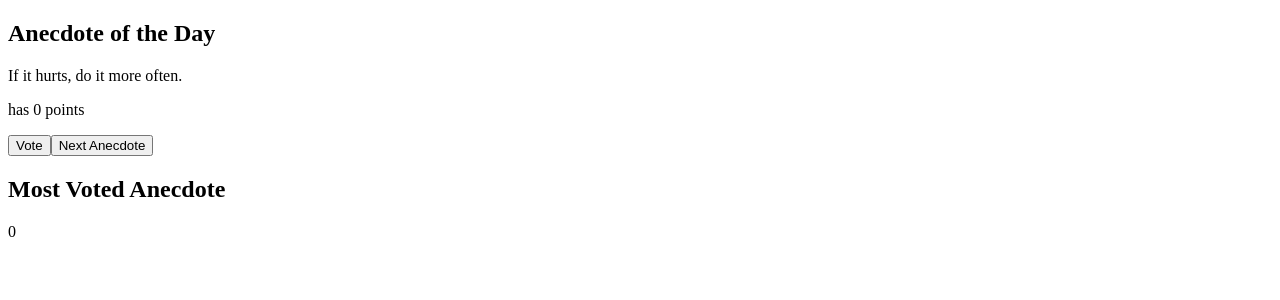
Repository: Wainhouse/Full_Stack_Open_2022
Page: / (app in part2/course_info/)
An editor plug-in stored every save of this project. The page is shown before and after the next save, followed by the edit.
The browser window is 1280 px wide. The pictures show the whole page.
The project was rebuilt for these pictures with package versions that can differ from the ones it lists, and the page was loaded fresh each time.

Above is the page before, as saved 2022-11-24 17:28:23.

After the next save:
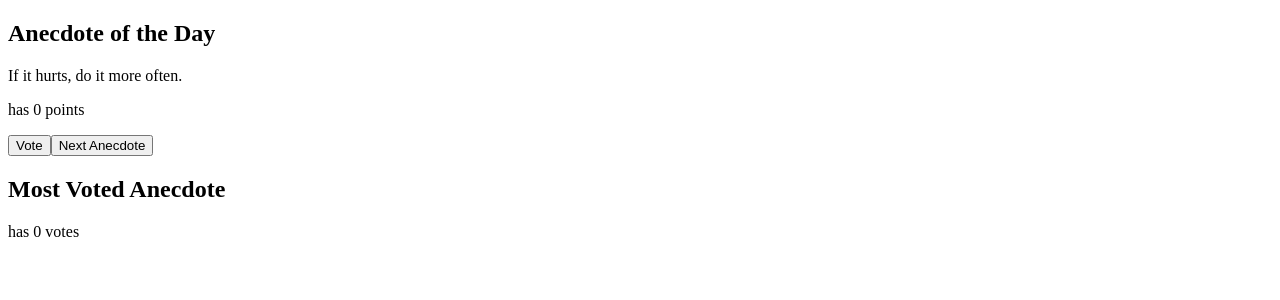
Saved 49 s later.
--- a/part2/course_info/src/App.js
+++ b/part2/course_info/src/App.js
@@ -17,7 +17,7 @@ const App = () => {
 
   const [selected, setSelected] = useState(0);
   const [points, setPoints] = useState(new Array(anecdotes.length).fill(0));
-  const highestVoted = points.indexOf(Math.max(...points))
+  const highestVoted = points.indexOf(Math.max(...points));
 
 
   const handleClickNext = () => {
@@ -40,7 +40,7 @@ const App = () => {
       <Button handleClick={() => handleClickNext()} text = "Next Anecdote" />
       <h2>Most Voted Anecdote</h2>
       <p>{selected[highestVoted]}</p>
-      <p>{points[highestVoted]}</p>
+      <p>has {points[highestVoted]} votes</p>
     </div>
   );
 };
